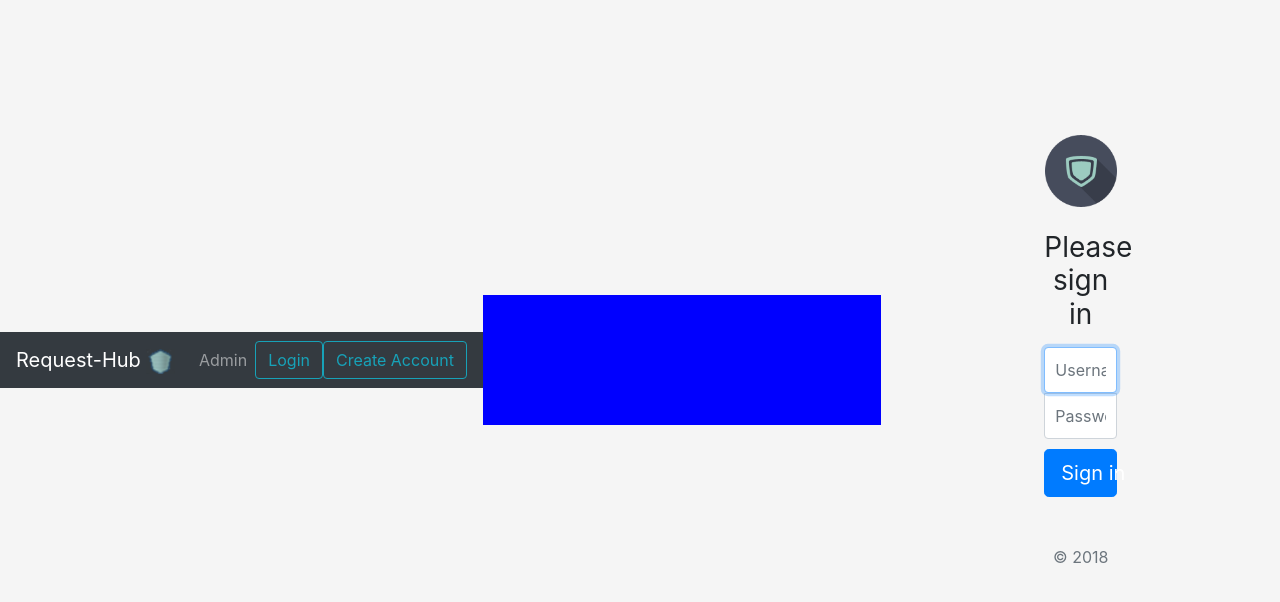
Repository: DonWhelan/Request-Hub
Page: http://localhost/view/userLogin.php
The author's editor kept a record of every edit. The page is drawn from the files as they stood at one moment, then again after the next edit.
The browser window is 1280 px wide. The pictures show the whole page.
The page is run by PHP 8.4 with error messages shown; the project is at /var/www/html/.

Above is the page before.

### view/userLogin.php
<?php
    include('../model/connectionStrings.php');
    //include('../controler/sessionManagment/session.php');
    session_start();
?>
<html lang="en">

<head>
    <meta charset="utf-8">
    <meta name="viewport" content="width=device-width, initial-scale=1, shrink-to-fit=no">
    <?php include("../includes/pageIncludes/head-1.php");?>

    <!-- Bootstrap core CSS -->
    <link href="../style/bootstrap-4.0.0-dist/css/bootstrap.min.css" rel="stylesheet">

    <!-- Custom styles for this template -->
    <link href="signin.css" rel="stylesheet">
</head>

<body class="text-center">

    <?php
		include("../includes/pageIncludes/TopNav.php");
	?>

    <div class="container">
        <div class="row">
            <div class="col-sm-12" style="height:130px; background:blue">
            </div>
        </div>
    </div>

    <div class="container">
        <div class="row">
            <div class="col-sm-4">
            </div>
            <div class="col-sm-4">
                <form action="../controler/indexLoginVal.php" method="post" name="Login_Form" class="form-signin">
                    <img class="mb-4" src="../assets/img/icons/services-1.png" alt="" width="72" height="72">
                    <h1 class="h3 mb-3 font-weight-normal">Please sign in</h1>
                    <input type="text" class="form-control" name="username" placeholder="Username" required="" autofocus="" />
                    <input type="password" class="form-control" name="password" placeholder="Password" required="" />
                    <button class="btn btn-lg btn-primary btn-block" type="submit" value="Login">Sign in</button>
                    <p class="mt-5 mb-3 text-muted">&copy; 2018</p>
                </form>
            </div>
        </div>
    </div>

</body>

</html>

### includes/pageIncludes/head-1.php
    <meta charset="utf-8">
    <meta http-equiv="X-UA-Compatible" content="IE=edge">
    <meta name="viewport" content="width=device-width, initial-scale=1">
    <title>Request Hub</title>

    <!-- CSS -->
    <link rel="stylesheet" href="../assets/fonts/fonts.css">
    <link rel="stylesheet" href="../style/bootstrap-4.0.0-dist/css/bootstrap.min.css">
    <link rel="icon" type="image/png" href="../images/favicon-32x32.png"  />

### includes/pageIncludes/TopNav.php
<!--navbar-->
    <nav class="navbar navbar-expand-lg navbar-dark bg-dark">
        <a class="navbar-brand" href="../index.php">Request-Hub <img src="../images/icon.png" alt="" style="height:25px"></a>
        <button class="navbar-toggler" type="button" data-toggle="collapse" data-target="#navbarTogglerDemo02" aria-controls="navbarTogglerDemo02" aria-expanded="false" aria-label="Toggle navigation">
            <span class="navbar-toggler-icon"></span>
        </button>
        <div class="collapse navbar-collapse" id="navbarTogglerDemo02">
            <ul class="navbar-nav mr-auto mt-2 mt-lg-0">
                <li class="nav-item">
                    <a class="nav-link" href="#">Admin</a>
                </li>
            </ul>
                <?php if(!isset($_SESSION['user'])){?>
                <a href="../view/userLogin.php"><button class="btn btn-outline-info my-sm-0" type="submit">Login</button></a>
                <a href="../view/userRegister.php"><button class="btn btn-outline-info my-sm-0" type="submit">Create Account</button></a>
                <?php }else{ ?>
                <a href="../controler/logout.php"><button class="btn btn-outline-info my-sm-0" type="submit">Log out</button></a>
                <?php } ?>
        </div>
    </nav>

### assets/fonts/fonts.css
/* Generated by Font Squirrel (http://www.fontsquirrel.com) on May 16, 2014 */



@font-face {
    font-family: 'signikabold';
    src: url('signika-bold-webfont.eot');
    src: url('signika-bold-webfont.eot?#iefix') format('embedded-opentype'),
         url('signika-bold-webfont.woff') format('woff'),
         url('signika-bold-webfont.ttf') format('truetype'),
         url('signika-bold-webfont.svg#signikabold') format('svg');
    font-weight: normal;
    font-style: normal;

}




@font-face {
    font-family: 'signikalight';
    src: url('signika-light-webfont.eot');
    src: url('signika-light-webfont.eot?#iefix') format('embedded-opentype'),
         url('signika-light-webfont.woff') format('woff'),
         url('signika-light-webfont.ttf') format('truetype'),
         url('signika-light-webfont.svg#signikalight') format('svg');
    font-weight: normal;
    font-style: normal;

}




@font-face {
    font-family: 'signikaregular';
    src: url('signika-regular-webfont.eot');
    src: url('signika-regular-webfont.eot?#iefix') format('embedded-opentype'),
         url('signika-regular-webfont.woff') format('woff'),
         url('signika-regular-webfont.ttf') format('truetype'),
         url('signika-regular-webfont.svg#signikaregular') format('svg');
    font-weight: normal;
    font-style: normal;

}




@font-face {
    font-family: 'signikasemibold';
    src: url('signika-semibold-webfont.eot');
    src: url('signika-semibold-webfont.eot?#iefix') format('embedded-opentype'),
         url('signika-semibold-webfont.woff') format('woff'),
         url('signika-semibold-webfont.ttf') format('truetype'),
         url('signika-semibold-webfont.svg#signikasemibold') format('svg');
    font-weight: normal;
    font-style: normal;

}

### assets/css/signIn.css
html,
body {
  height: 100%;
}

body {
  display: -ms-flexbox;
  display: -webkit-box;
  display: flex;
  -ms-flex-align: center;
  -ms-flex-pack: center;
  -webkit-box-align: center;
  align-items: center;
  -webkit-box-pack: center;
  justify-content: center;
  padding-top: 40px;
  padding-bottom: 40px;
  background-color: #f5f5f5;
}

.form-signin {
  width: 100%;
  max-width: 330px;
  padding: 15px;
  margin: 0 auto;
}
.form-signin .checkbox {
  font-weight: 400;
}
.form-signin .form-control {
  position: relative;
  box-sizing: border-box;
  height: auto;
  padding: 10px;
  font-size: 16px;
}
.form-signin .form-control:focus {
  z-index: 2;
}
.form-signin input[type="email"] {
  margin-bottom: -1px;
  border-bottom-right-radius: 0;
  border-bottom-left-radius: 0;
}
.form-signin input[type="password"] {
  margin-bottom: 10px;
  border-top-left-radius: 0;
  border-top-right-radius: 0;
}

### controler/messageBox.php
<?php
    if(isset($_GET["message"])){
        if($_GET["message"]=="success"){
        echo " <div class='alert alert-success text-center'>
         Team Saved <span><i class='fa fa-thumbs-up f-s-15'></i></span>
         </div>";
        }
        if($_GET["message"]=="ErrorT"){
        echo " <div class='alert alert-danger text-center'>
         Error setting up team <span><i class='fa fa-poo f-s-15'></i></span>
         </div>";
        }
        if($_GET["message"]=="incorrect"){
        echo " <div class='alert alert-warning text-center'>
         Incorrect details <span><i class='fa fa-poo f-s-15'></i></span>
         </div>";
        }
        if($_GET["message"]=="char"){
        echo " <div class='alert alert-warning text-center'>
         Some charicters input cannot be used<span><i class='fa fa-poo f-s-15'></i></span>
         </div>";
        }
        if($_GET["message"]=="error"){
        echo " <div class='alert alert-danger text-center'>
         A error has occured <span><i class='fa fa-poo f-s-15'></i></span>
         </div>";
        }
        if($_GET["message"]=="username"){
        echo " <div class='alert alert-info text-center'>
        That username is already taken<span><i class='fa fa-poo f-s-15'></i></span>
         </div>";
        }
        if($_GET["message"]=="reqSucess"){
        echo " <div class='alert alert-info text-center'>
        That username is already taken<span><i class='fa fa-poo f-s-15'></i></span>
         </div>";
        }
        if($_GET["message"]=="pwmatch"){
        echo " <div class='alert alert-info text-center'>
        Passwords did not Match<span><i class='fa fa-poo f-s-15'></i></span>
         </div>";
        }
        if($_GET["message"]=="userAdded"){
        echo " <div class='alert alert-success text-center'>
        New User Added <span><i class='fa fa-poo f-s-15'></i></span>
         </div>";
        }
        if($_GET["message"]=="updated"){
        echo " <div class='alert alert-success text-center'>
        User Updated <span><i class='fa fa-poo f-s-15'></i></span>
         </div>";
        }
        if($_GET["message"]=="cusadd"){
        echo " <div class='alert alert-success text-center'>
        Customer Added <span><i class='fa fa-poo f-s-15'></i></span>
         </div>";
        }

    }
?>

Loaded but not shown: style/bootstrap-4.0.0-dist/css/bootstrap.min.css (library); model/connectionStrings.php (677 lines, source omitted)

After the next edit:
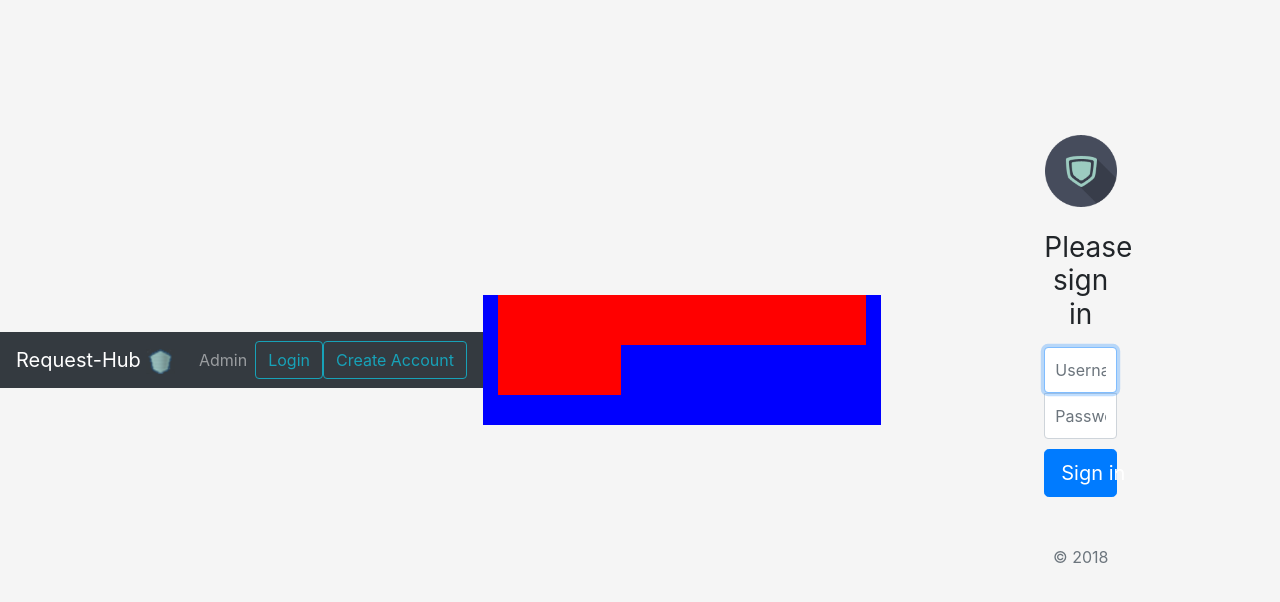
The edit:
--- a/view/userLogin.php
+++ b/view/userLogin.php
@@ -26,6 +26,12 @@
     <div class="container">
         <div class="row">
             <div class="col-sm-12" style="height:130px; background:blue">
+                <div id="messageBox" class="col-md-12" style="height:50px; background:red">
+                    <?php include("../controler/messageBox.php"); ?>
+                </div>
+                <div id="messageBox" class="col-md-4" style="height:50px; background:red">
+                    <?php include("../controler/messageBox.php"); ?>
+                </div>
             </div>
         </div>
     </div>
